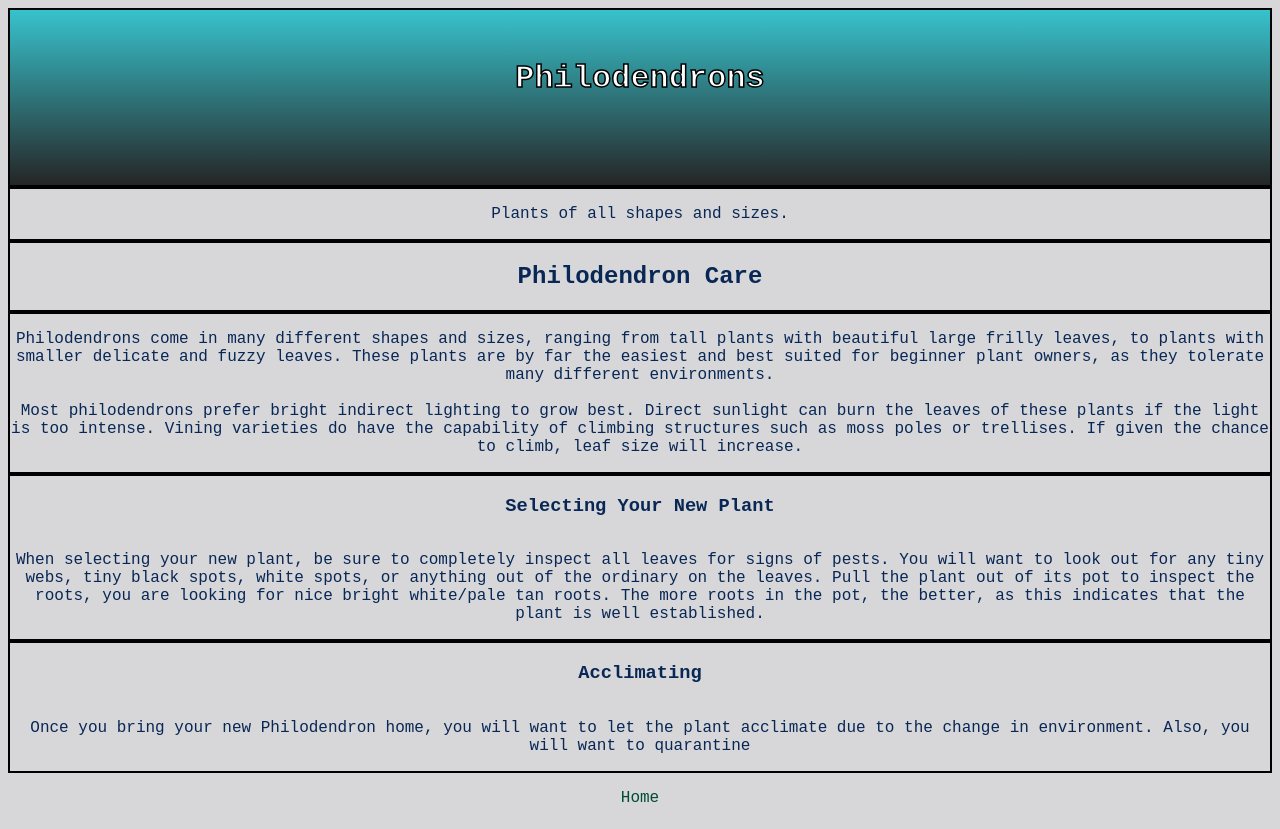
Repository: swillis91/odin-recipies
Page: Planty Page/philodendrons.html
These files come from the project's save history. The page is drawn as it stood at one moment and after the next save; the edit follows.
The browser window is 1280 px wide. The pictures show the whole page.

Above is the page before, as saved 2023-08-14 23:45:03.

After the next save:
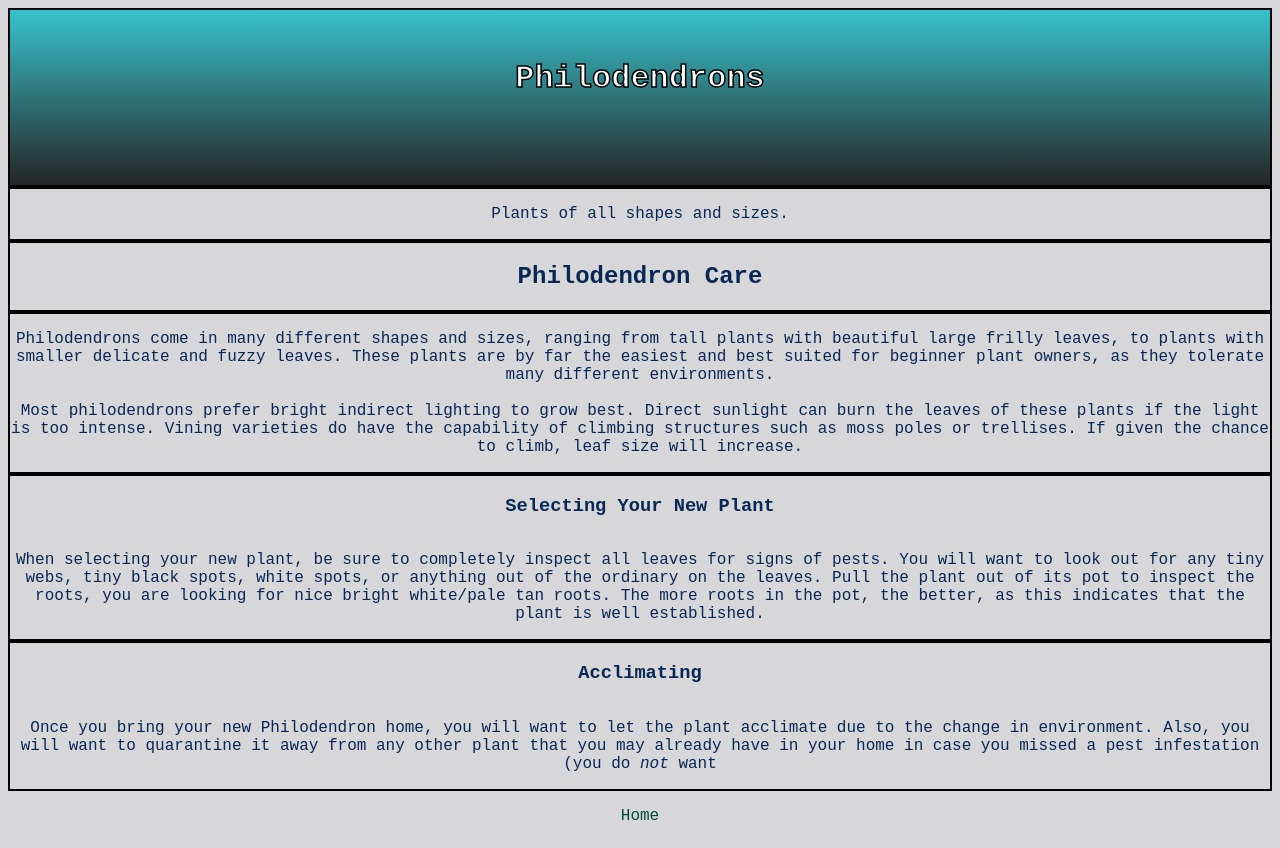
Saved 42 s later.
--- a/Planty Page/philodendrons.html
+++ b/Planty Page/philodendrons.html
@@ -26,7 +26,7 @@
             </div>
             <div class="box">
                 <h3>Acclimating</h3>
-                <p>Once you bring your new Philodendron home, you will want to let the plant acclimate due to the change in environment. Also, you will want to quarantine </p>
+                <p>Once you bring your new Philodendron home, you will want to let the plant acclimate due to the change in environment. Also, you will want to quarantine it away from any other plant that you may already have in your home in case you missed a pest infestation (you do <em>not</em> want </p>
             </div>
               </p>
                 <!--img src="./Images/makoyana.webp" id="calathea makoyana" width="700px"-->
